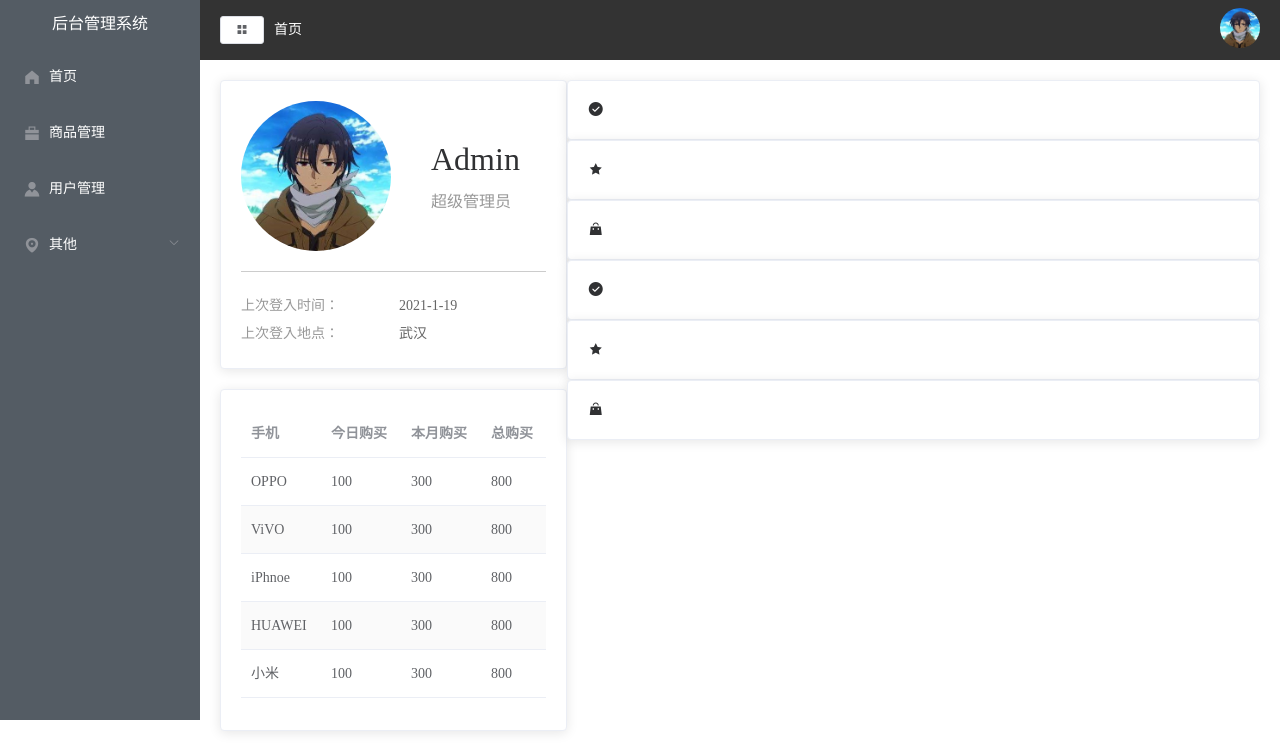
Repository: ldqml/ldqml.github.io
Page: /
These files come from the project's save history. The page is drawn as it stood at one moment and after the next save; the edit follows.
The browser window is 1280 px wide. The pictures show the whole page.
The project was rebuilt for these pictures with package versions that can differ from the ones it lists, and the page was loaded fresh each time. Also part of the build but not shown: vue.config.js, src/views/User.vue, src/views/Mall.vue, src/views/PageOne.vue, src/views/PageTwo.vue.

Above is the page before, as saved 2022-11-01 19:47:10.

After the next save:
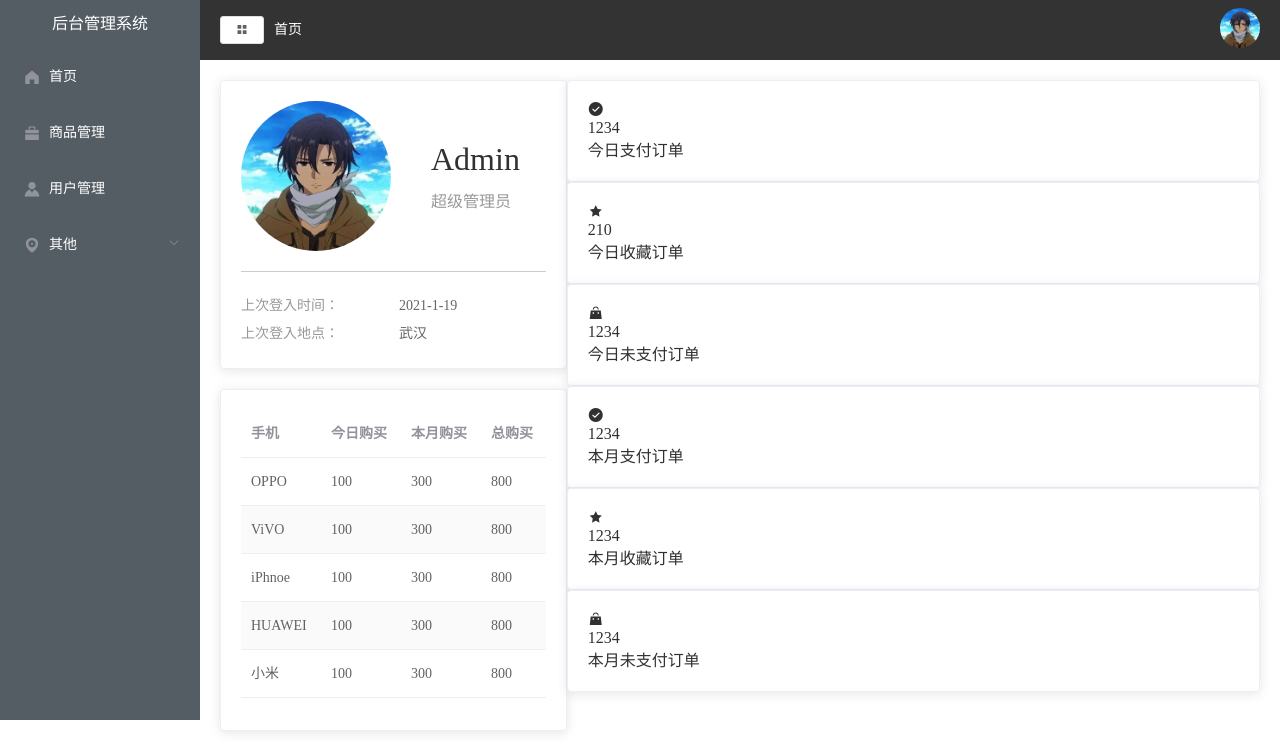
Saved 77 s later.
--- a/src/views/Home.vue
+++ b/src/views/Home.vue
@@ -27,6 +27,10 @@
         <div class="num">
             <el-card v-for="item in countDate" :key="item.name">
                 <i class="icon" :class="`el-icon-${item.icon}`"></i>
+                <div>
+                    <p>{{item.value}}</p>
+                    <p>{{item.name}}</p>
+                </div>
             </el-card>
         </div>
       </el-col>
